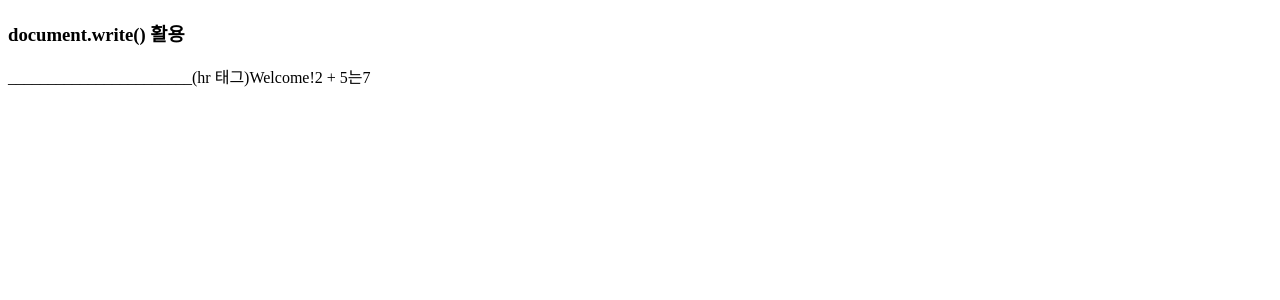
Repository: jin4344/study
Page: write/writetast.html
The author's editor kept a copy of each file at every save. The page is drawn from the files as they stood at one save, then again after a run of saves.
The browser window is 1280 px wide. The pictures show the whole page.

Above is the page before, as saved 2023-05-21 15:54:39.

### write/writetast.html
<!DOCTYPE html>
<html lang="en">
  <head>
    <meta charset="UTF-8" />
    <meta http-equiv="X-UA-Compatible" content="IE=edge" />
    <meta name="viewport" content="width=device-width, initial-scale=1.0" />
    <title>document.write() 실습</title>
  </head>
  <body></body>
  <script>
    document.write(`<h3>document.write() 활용</h3>`);
    document.write(`_______________________(hr 태그)`);
    document.write(`<span>Welcome!<span>`);
    document.write(``);
    document.write(`<span>2 + 5는</span>`);
    document.write(`<span>${2 + 5}</span>`);
  </script>
</html>

After the next 5 saves:
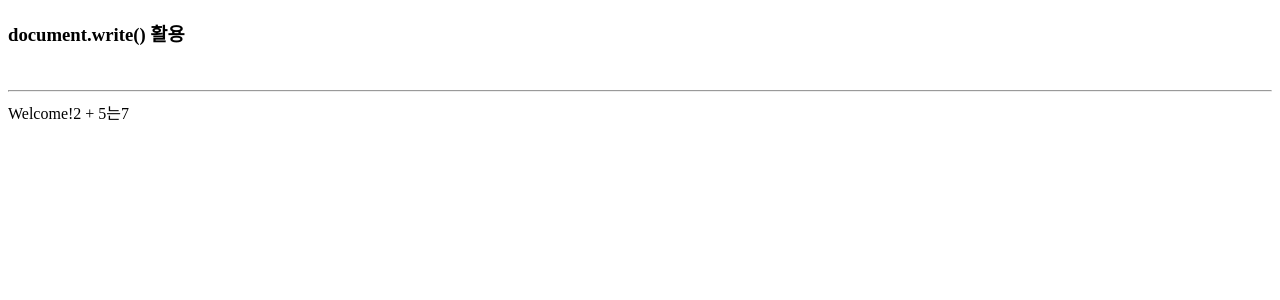
The 5 saves are shown as one change because they came seconds apart.
The last was saved 22 s later.
--- a/write/writetast.html
+++ b/write/writetast.html
@@ -8,10 +8,8 @@
   </head>
   <body></body>
   <script>
-    document.write(`<h3>document.write() 활용</h3>`);
-    document.write(`_______________________(hr 태그)`);
+    document.write(`<h3>document.write() 활용</h3><br><hr>`);
     document.write(`<span>Welcome!<span>`);
-    document.write(``);
     document.write(`<span>2 + 5는</span>`);
     document.write(`<span>${2 + 5}</span>`);
   </script>
